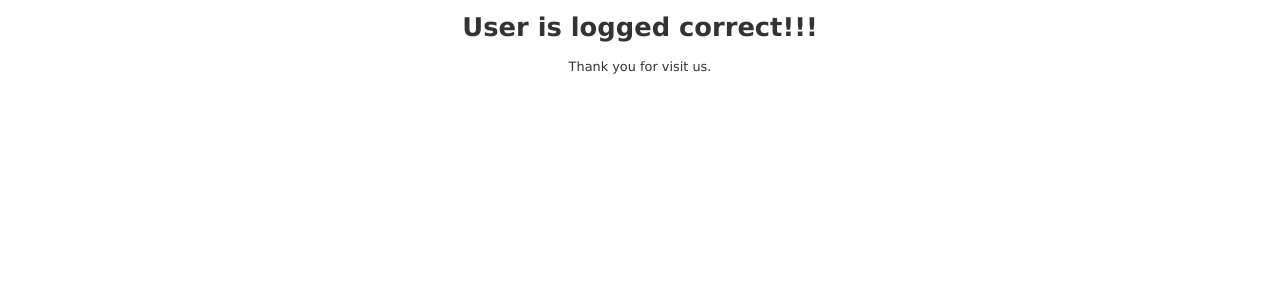
Repository: xavichulo/JavaEE
Page: LoginForm/WebContent/intranet/index.html
These files come from the project's save history. The page is drawn as it stood at one moment and after the next save; the edit follows.
The browser window is 1280 px wide. The pictures show the whole page.
Some web libraries are served in a nearby version.

Above is the page before, as saved 2015-10-14 15:07:14.

After the next save:
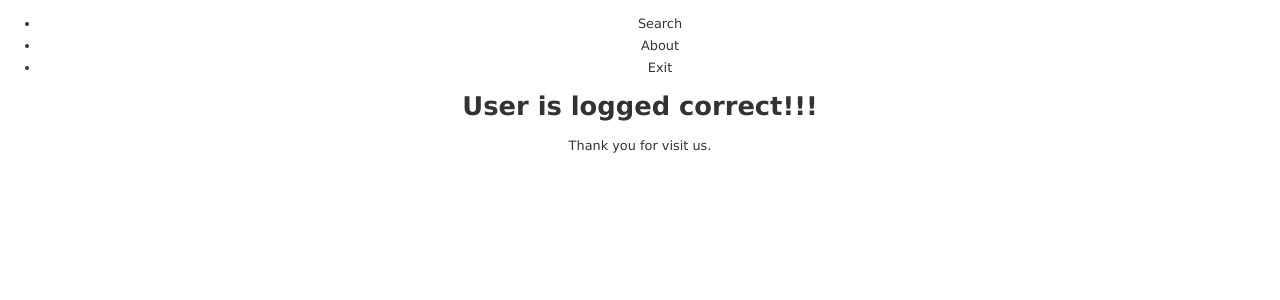
Saved 2 min 43 s later.
--- a/LoginForm/WebContent/intranet/index.html
+++ b/LoginForm/WebContent/intranet/index.html
@@ -2,10 +2,23 @@
 <html>
 <head>
 	<meta charset="UTF-8">
-	<link rel="stylesheet" type="text/css" href="../css/style1.css">
+	<link rel="stylesheet" type="text/css" href="../intranet/css/style1.css">
+	<link rel="stylesheet" type="text/css" href="../intranet/css/jquery-ui-1.7.2.custom.css" />
+
+	<script type="text/javascript" src="http://ajax.googleapis.com/ajax/libs/jquery/1.3.2/jquery.min.js"></script>
+	<script type="text/javascript" src="http://ajax.googleapis.com/ajax/libs/jqueryui/1.7.2/jquery-ui.min.js"></script>
 	<title>User Logged</title>
 </head>
 <body>
+<div id="cabecera">
+	<div id="contenido-cabecera">
+		<ul id="menu">
+			<li>Search</li>
+			<li>About</li>
+			<li>Exit</li>
+		</ul>
+	</div>
+</div>
 	<h1>User is logged correct!!!</h1>
 	<p>Thank you for visit us.</p>
 </body>
